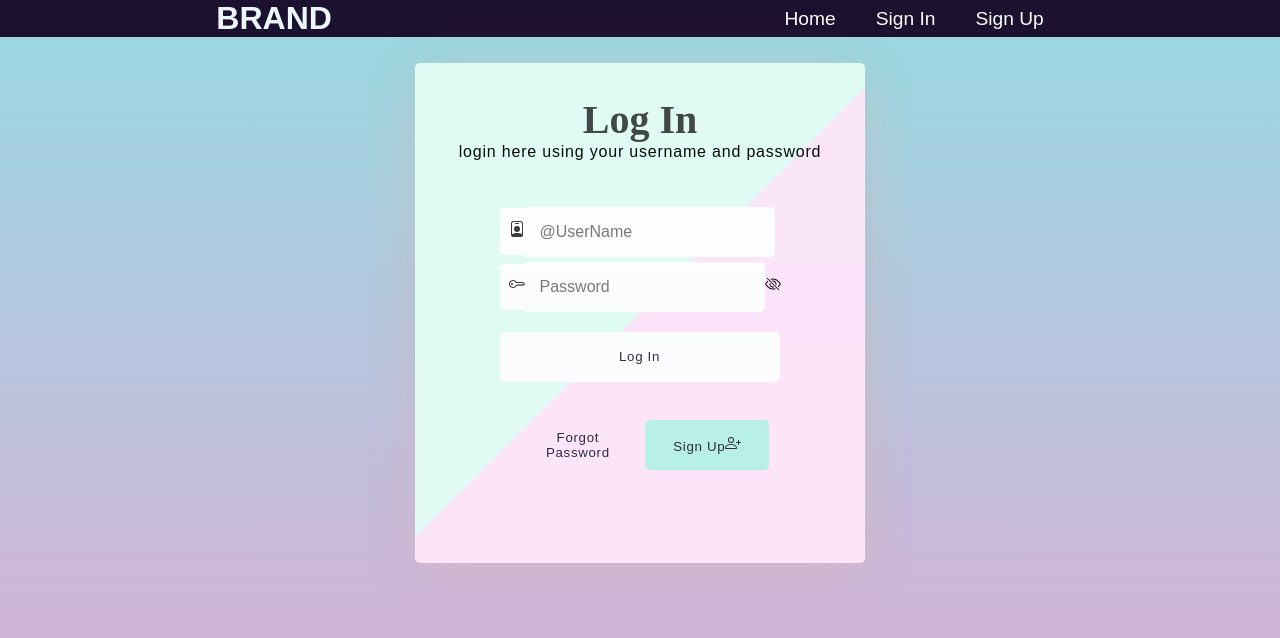
Repository: code-mtaani/ojwang-frontend
Page: /signup
These files come from the project's save history. The page is drawn as it stood at one moment and after the next save; the edit follows.
The browser window is 1280 px wide. The pictures show the whole page.
The project was rebuilt for these pictures with package versions that can differ from the ones it lists, and the page was loaded fresh each time. Also part of the build but not shown: vite.config.ts, src/Pages/HomePage/Home.pages.tsx, src/Pages/SignIn/SignIn.pages.tsx.

Above is the page before, as saved 2023-02-01 10:36:07.

### src/App.tsx
import { BrowserRouter as Router, Routes, Route } from "react-router-dom";

import Navigation from "./Components/Nav";
import Home from './Pages/HomePage'
import SignIn from "./Pages/SignIn";
import SignUp from "./Pages/SignUp"

function App() {
  return (
    <Router>
      <div className="App">
        <Navigation />
        <Routes>
          <Route path="/" element={<Home />} />
          <Route path="/signin" element={<SignIn/>} />
          <Route path="/signup" element={<SignUp/>} />
        </Routes>
      </div>
    </Router>
  );
}

export default App;

### src/index.css
body {
  margin: 0;
  width: 100vw;
  padding: 0;
  min-width: 320px;
  min-height: 100vh;
  box-sizing: border-box;
}
.app{
  width: 100%;
  height: 100%;
}
@media screen and (min-width: 440px) {
  .app{
    border:2px solid green;
  }
}

### src/Components/Nav/index.js
export {default} from './Navigation.component'

### src/Pages/HomePage/index.ts
export { default } from "./Home.pages";

### src/Pages/SignIn/index.ts
export { default } from './SignIn.pages'

### src/Pages/SignUp/index.ts
export {default} from './SignUp.pages'

### src/Components/Nav/Navigation.component.tsx
import React from "react";
import {Link} from "react-router-dom"
import './nav.css'

const Navigation = () => {
  return (
    <nav className="navbar">
      <div className="left">
        <h1><Link to="/"> BRAND </Link></h1>
      </div>

      <div className="right">
        <input type="checkbox" id="check" />
        <label htmlFor="check" className="checkBtn">
          <svg
            xmlns="http://www.w3.org/2000/svg"
            width="30"
            height="30"
            fill="currentColor"
            className="bi bi-justify"
            viewBox="0 0 16 16"
          >
            <path
              fillRule="evenodd"
              d="M2 12.5a.5.5 0 0 1 .5-.5h11a.5.5 0 0 1 0 1h-11a.5.5 0 0 1-.5-.5zm0-3a.5.5 0 0 1 .5-.5h11a.5.5 0 0 1 0 1h-11a.5.5 0 0 1-.5-.5zm0-3a.5.5 0 0 1 .5-.5h11a.5.5 0 0 1 0 1h-11a.5.5 0 0 1-.5-.5zm0-3a.5.5 0 0 1 .5-.5h11a.5.5 0 0 1 0 1h-11a.5.5 0 0 1-.5-.5z"
            />
          </svg>
        </label>

        <ul className="list">
          <li> <Link to="/">Home</Link></li>
          <li> <Link to="/signin">Sign In</Link></li>
          <li> <Link to="signup">Sign Up</Link></li>
        </ul>
      </div>
    </nav>
  );
};

export default Navigation;

### src/Pages/SignUp/SignUp.pages.tsx
import React from "react";
import "./Signup.css";

const SignUp = () => {
  return (
    <div className="overlay">
      <form>
        {/* con = Container  for items in the form */}
        <div className="con">
          {/* <!--     Start  header Content  --> */}
          <header className="head-form">
            <h2>Log In</h2>
            {/* <!--     A welcome message or an explanation of the login form --> */}
            <p>login here using your username and password</p>
          </header>
          {/* End  header Content */}
          <br />
          <div className="field-set">
            {/*user name */}
            <span className="input-item">
              <svg
                xmlns="http://www.w3.org/2000/svg"
                width="16"
                height="16"
                fill="currentColor"
                className="bi bi-person-badge"
                viewBox="0 0 16 16"
              >
                <path d="M6.5 2a.5.5 0 0 0 0 1h3a.5.5 0 0 0 0-1h-3zM11 8a3 3 0 1 1-6 0 3 3 0 0 1 6 0z" />
                <path d="M4.5 0A2.5 2.5 0 0 0 2 2.5V14a2 2 0 0 0 2 2h8a2 2 0 0 0 2-2V2.5A2.5 2.5 0 0 0 11.5 0h-7zM3 2.5A1.5 1.5 0 0 1 4.5 1h7A1.5 1.5 0 0 1 13 2.5v10.795a4.2 4.2 0 0 0-.776-.492C11.392 12.387 10.063 12 8 12s-3.392.387-4.224.803a4.2 4.2 0 0 0-.776.492V2.5z" />
              </svg>
            </span>
            {/* user name Input */}
            <input
              className="form-input"
              id="txt-input"
              type="text"
              placeholder="@UserName"
              required
            />

            <br />

            {/*Password */}

            <span className="input-item">
              <svg
                xmlns="http://www.w3.org/2000/svg"
                width="16"
                height="16"
                fill="currentColor"
                className="bi bi-key"
                viewBox="0 0 16 16"
              >
                <path d="M0 8a4 4 0 0 1 7.465-2H14a.5.5 0 0 1 .354.146l1.5 1.5a.5.5 0 0 1 0 .708l-1.5 1.5a.5.5 0 0 1-.708 0L13 9.207l-.646.647a.5.5 0 0 1-.708 0L11 9.207l-.646.647a.5.5 0 0 1-.708 0L9 9.207l-.646.647A.5.5 0 0 1 8 10h-.535A4 4 0 0 1 0 8zm4-3a3 3 0 1 0 2.712 4.285A.5.5 0 0 1 7.163 9h.63l.853-.854a.5.5 0 0 1 .708 0l.646.647.646-.647a.5.5 0 0 1 .708 0l.646.647.646-.647a.5.5 0 0 1 .708 0l.646.647.793-.793-1-1h-6.63a.5.5 0 0 1-.451-.285A3 3 0 0 0 4 5z" />
                <path d="M4 8a1 1 0 1 1-2 0 1 1 0 0 1 2 0z" />
              </svg>
            </span>
            {/*Password Input */}
            <input
              className="form-input"
              type="password"
              placeholder="Password"
              id="pwd"
              name="password"
              required
            />

            {/*  Show/hide password */}
            <span>
              <svg
                xmlns="http://www.w3.org/2000/svg"
                width="16"
                height="16"
                fill="currentColor"
                className="bi bi-eye-slash"
                viewBox="0 0 16 16"
              >
                <path d="M13.359 11.238C15.06 9.72 16 8 16 8s-3-5.5-8-5.5a7.028 7.028 0 0 0-2.79.588l.77.771A5.944 5.944 0 0 1 8 3.5c2.12 0 3.879 1.168 5.168 2.457A13.134 13.134 0 0 1 14.828 8c-.058.087-.122.183-.195.288-.335.48-.83 1.12-1.465 1.755-.165.165-.337.328-.517.486l.708.709z" />
                <path d="M11.297 9.176a3.5 3.5 0 0 0-4.474-4.474l.823.823a2.5 2.5 0 0 1 2.829 2.829l.822.822zm-2.943 1.299.822.822a3.5 3.5 0 0 1-4.474-4.474l.823.823a2.5 2.5 0 0 0 2.829 2.829z" />
                <path d="M3.35 5.47c-.18.16-.353.322-.518.487A13.134 13.134 0 0 0 1.172 8l.195.288c.335.48.83 1.12 1.465 1.755C4.121 11.332 5.881 12.5 8 12.5c.716 0 1.39-.133 2.02-.36l.77.772A7.029 7.029 0 0 1 8 13.5C3 13.5 0 8 0 8s.939-1.721 2.641-3.238l.708.709zm10.296 8.884-12-12 .708-.708 12 12-.708.708z" />
              </svg>
            </span>

            <br />
            {/*  buttons */}
            {/*button LogIn */}
            <button className="log-in"> Log In </button>
          </div>

          {/* other buttons */}
          <div className="other">
            {/* Forgot Password button */}
            <button className="btn submits frgt-pass">Forgot Password</button>
            {/* Sign Up button */}
            <button className="btn submits sign-up">
              Sign Up
              {/* Sign Up font icon */}
              <svg
                xmlns="http://www.w3.org/2000/svg"
                width="16"
                height="16"
                fill="currentColor"
                className="bi bi-person-plus"
                viewBox="0 0 16 16"
              >
                <path d="M6 8a3 3 0 1 0 0-6 3 3 0 0 0 0 6zm2-3a2 2 0 1 1-4 0 2 2 0 0 1 4 0zm4 8c0 1-1 1-1 1H1s-1 0-1-1 1-4 6-4 6 3 6 4zm-1-.004c-.001-.246-.154-.986-.832-1.664C9.516 10.68 8.289 10 6 10c-2.29 0-3.516.68-4.168 1.332-.678.678-.83 1.418-.832 1.664h10z" />
                <path
                  fillRule="evenodd"
                  d="M13.5 5a.5.5 0 0 1 .5.5V7h1.5a.5.5 0 0 1 0 1H14v1.5a.5.5 0 0 1-1 0V8h-1.5a.5.5 0 0 1 0-1H13V5.5a.5.5 0 0 1 .5-.5z"
                />
              </svg>
            </button>
            {/* End Other the Division */}
          </div>

          {/* End Conrainer */}
        </div>

        {/* End Form */}
      </form>
    </div>
  );
};

export default SignUp;

### src/Components/Nav/nav.css
.navbar{
    background-color: rgb(22,7,36);
    display: flex;
    justify-content: space-around;
    align-items: center;
    /* line-height: 5rem; */
}

.left h1{
    font-size: 2rem;
    cursor: pointer;
}
.left h1 a{
    text-decoration: none;
    color: aliceblue;
}

.checkBtn{
    display: none;
}
#check{
    display: none;
}
.checkBtn{
    cursor: pointer;
    font-size: 30px;
    float: right;
    color: #ed1e79;
    line-height: 88px;
}

.right ul{
    display: flex;
    list-style: none;
}
.right ul li a {
    padding: 10px 20px;
    font-size: 1.2rem;
    color: white;
    cursor: pointer;
    text-decoration: none;
    transition: all 1s;
}

.right ul li a:hover{
    background-color: #fff;
    border-radius: 7px;
    color: rgb(22, 7, 36);
    margin-left: 4px ;
    margin-right: 4px ;
}

/* ================================== Media Queries=================================================== */

@media screen and (max-width:805px){
    .list{
        width: 100%;
        height: 100vh;
        background-color: rgb(22, 7, 36);
        text-align: center;
        display: flex;
        flex-direction: column;
        position: fixed;
        top: 5rem;
        left: 100%;
        transition: all 1s;
    }

    #check{
        display: none;
    }
    .checkBtn{
        display: block;
    }
    #check:checked~ul{
        left: 0%
    }
}

### src/Pages/SignUp/Signup.css

* {
    padding: 0;
    margin: 0;
    box-sizing: border-box;
}
/* End Global rules */

/* Start body rules */
body {
    background-image: linear-gradient(-225deg, #E3FDF5 0%, #FFE6FA 100%);
background-image: linear-gradient(to top, #a8edea 0%, #fed6e3 100%);
background-attachment: fixed;
  background-repeat: no-repeat;

    font-family: 'Vibur', cursive;
/*   the main font */
    font-family: 'Abel', sans-serif;
opacity: .95;
background-image: linear-gradient(to top, #d9afd9 0%, #97d9e1 100%);
}



/* |||||||||||||||||||||||||||||||||||||||||||||*/
/* //////////////////////////////////////////// */




/* End body rules */

/* Start form  attributes */
form {
    width: 450px;
    min-height: 500px;
    height: auto;
    border-radius: 5px;
    margin: 2% auto;
    box-shadow: 0 9px 50px hsla(20, 67%, 75%, 0.31);
    padding: 2%;
    background-image: linear-gradient(-225deg, #E3FDF5 50%, #FFE6FA 50%);
}
/* form Container */
form .con {
    display: -webkit-flex;
    display: flex;

    -webkit-justify-content: space-around;
    justify-content: space-around;

    -webkit-flex-wrap: wrap;
    flex-wrap: wrap;
      margin: 0 auto;
}

/* the header form form */
header {
    margin: 2% auto 10% auto;
    text-align: center;
}
/* Login title form form */
header h2 {
    font-size: 250%;
    font-family: 'Playfair Display', serif;
    color: #3e403f;
}
/*  A welcome message or an explanation of the login form */
header p {letter-spacing: 0.05em;}



/* //////////////////////////////////////////// */
/* //////////////////////////////////////////// */


.input-item {
    background: #fff;
    color: #333;
    padding: 14.5px 0px 15px 9px;
    border-radius: 5px 0px 0px 5px;
}



/* Show/hide password Font Icon */
#eye {
    background: #fff;
    color: #333;

    margin: 5.9px 0 0 0;
    margin-left: -20px;
    padding: 15px 9px 19px 0px;
    border-radius: 0px 5px 5px 0px;

    float: right;
    position: relative;
    right: 1%;
    top: -.2%;
    z-index: 5;

    cursor: pointer;
}
/* inputs form  */
input[class="form-input"]{
    width: 240px;
    height: 50px;

    margin-top: 2%;
    padding: 15px;

    font-size: 16px;
    font-family: 'Abel', sans-serif;
    color: #5E6472;

    outline: none;
    border: none;

    border-radius: 0px 5px 5px 0px;
    transition: 0.2s linear;

}
input[id="txt-input"] {width: 250px;}
/* focus  */
input:focus {
    transform: translateX(-2px);
    border-radius: 5px;
}

/* //////////////////////////////////////////// */
/* //////////////////////////////////////////// */

/* input[type="text"] {min-width: 250px;} */
/* buttons  */
button {
    display: inline-block;
    color: #252537;

    width: 280px;
    height: 50px;

    padding: 0 20px;
    background: #fff;
    border-radius: 5px;

    outline: none;
    border: none;

    cursor: pointer;
    text-align: center;
    transition: all 0.2s linear;

    margin: 7% auto;
    letter-spacing: 0.05em;
}
/* Submits */
.submits {
    width: 48%;
    display: inline-block;
    float: left;
    margin-left: 2%;
}

/*       Forgot Password button FAF3DD  */
.frgt-pass {background: transparent;}

/*     Sign Up button  */
.sign-up {background: #B8F2E6;}


/* buttons hover */
button:hover {
    transform: translatey(3px);
    box-shadow: none;
}

/* buttons hover Animation */
button:hover {
    animation: ani9 0.4s ease-in-out infinite alternate;
}
@keyframes ani9 {
    0% {
        transform: translateY(3px);
    }
    100% {
        transform: translateY(5px);
    }
}

Loaded but not shown: index.html (common file); src/main.tsx (common file)

After the next save:
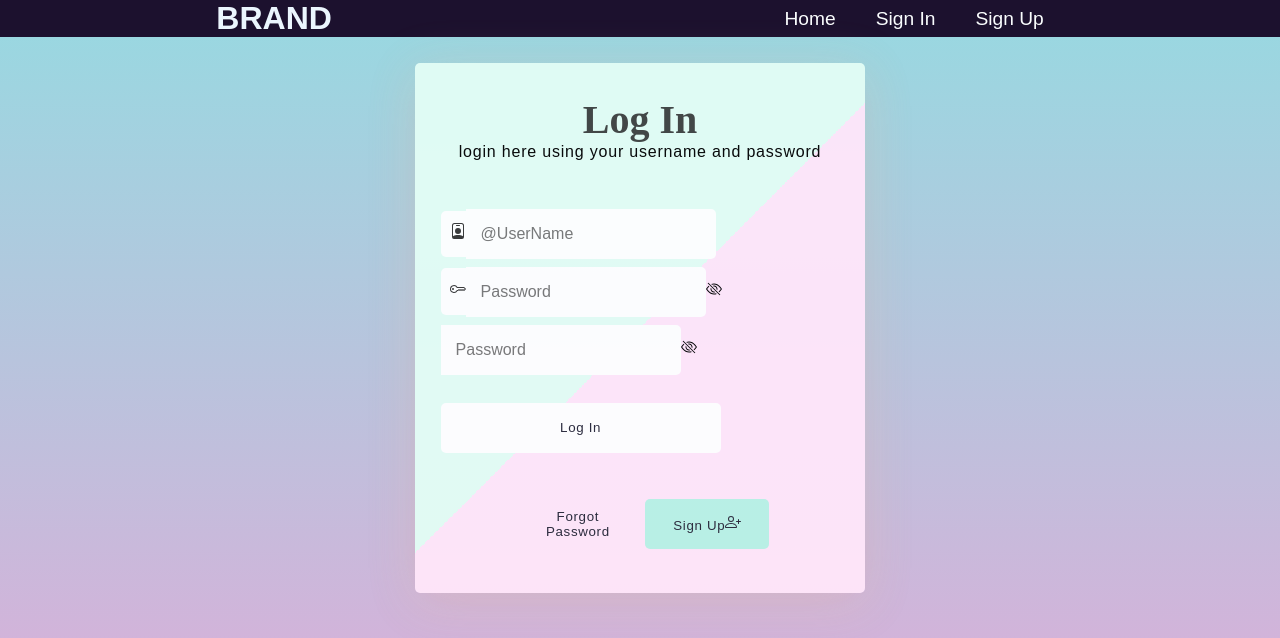
Saved 48 s later.
--- a/src/Pages/SignUp/SignUp.pages.tsx
+++ b/src/Pages/SignUp/SignUp.pages.tsx
@@ -81,6 +81,30 @@ const SignUp = () => {
                 <path d="M3.35 5.47c-.18.16-.353.322-.518.487A13.134 13.134 0 0 0 1.172 8l.195.288c.335.48.83 1.12 1.465 1.755C4.121 11.332 5.881 12.5 8 12.5c.716 0 1.39-.133 2.02-.36l.77.772A7.029 7.029 0 0 1 8 13.5C3 13.5 0 8 0 8s.939-1.721 2.641-3.238l.708.709zm10.296 8.884-12-12 .708-.708 12 12-.708.708z" />
               </svg>
             </span>
+            <input
+              className="form-input"
+              type="password"
+              placeholder="Password"
+              id="pwd"
+              name="password"
+              required
+            />
+
+            {/*  Show/hide password */}
+            <span>
+              <svg
+                xmlns="http://www.w3.org/2000/svg"
+                width="16"
+                height="16"
+                fill="currentColor"
+                className="bi bi-eye-slash"
+                viewBox="0 0 16 16"
+              >
+                <path d="M13.359 11.238C15.06 9.72 16 8 16 8s-3-5.5-8-5.5a7.028 7.028 0 0 0-2.79.588l.77.771A5.944 5.944 0 0 1 8 3.5c2.12 0 3.879 1.168 5.168 2.457A13.134 13.134 0 0 1 14.828 8c-.058.087-.122.183-.195.288-.335.48-.83 1.12-1.465 1.755-.165.165-.337.328-.517.486l.708.709z" />
+                <path d="M11.297 9.176a3.5 3.5 0 0 0-4.474-4.474l.823.823a2.5 2.5 0 0 1 2.829 2.829l.822.822zm-2.943 1.299.822.822a3.5 3.5 0 0 1-4.474-4.474l.823.823a2.5 2.5 0 0 0 2.829 2.829z" />
+                <path d="M3.35 5.47c-.18.16-.353.322-.518.487A13.134 13.134 0 0 0 1.172 8l.195.288c.335.48.83 1.12 1.465 1.755C4.121 11.332 5.881 12.5 8 12.5c.716 0 1.39-.133 2.02-.36l.77.772A7.029 7.029 0 0 1 8 13.5C3 13.5 0 8 0 8s.939-1.721 2.641-3.238l.708.709zm10.296 8.884-12-12 .708-.708 12 12-.708.708z" />
+              </svg>
+            </span>
 
             <br />
             {/*  buttons */}
